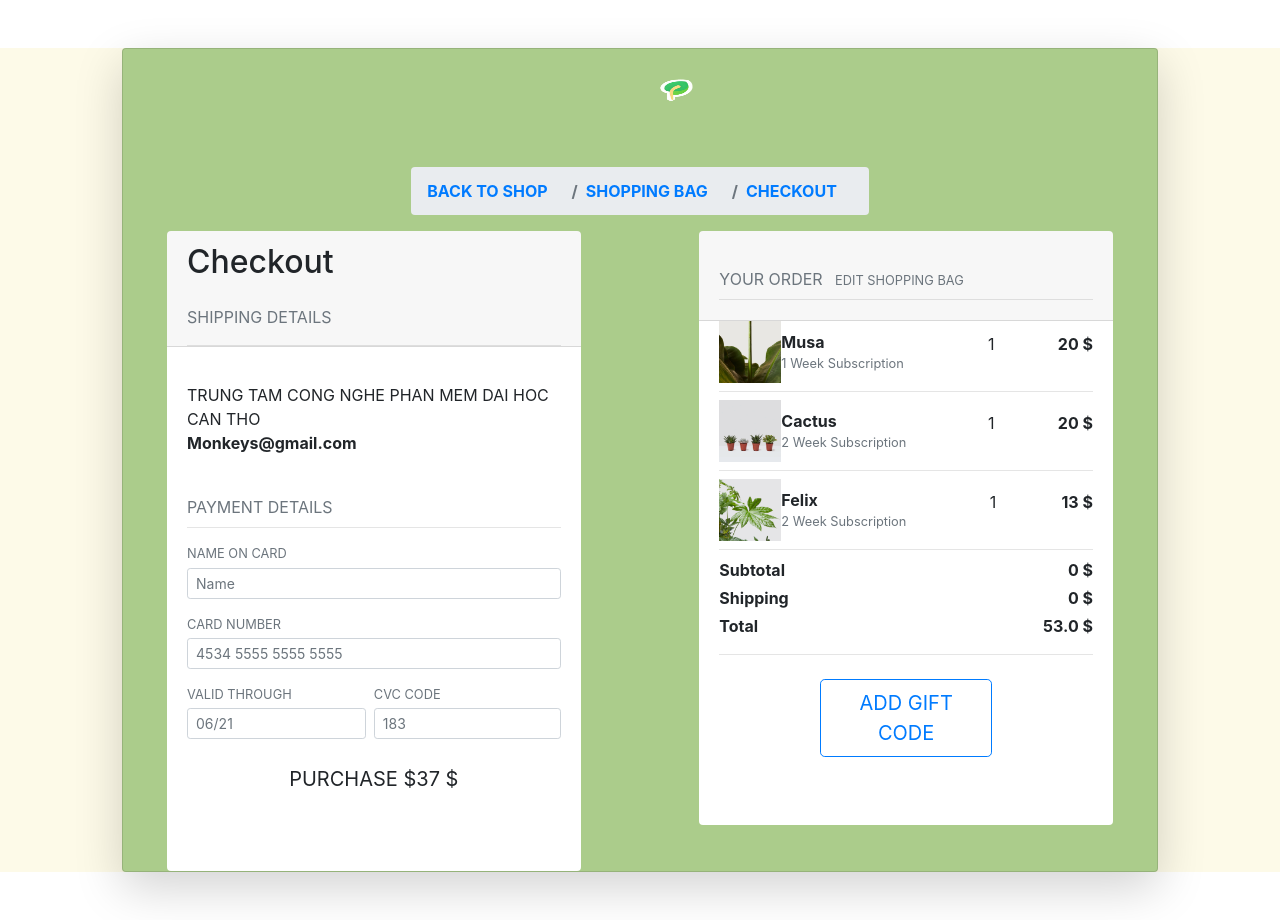
Repository: phamminhkhoa2k4/TechWiz-PlantPalace
Page: views/cart.html
These files come from the project's save history. The page is drawn as it stood at one moment and after the next save; the edit follows.
The browser window is 1280 px wide. The pictures show the whole page.

Above is the page before, as saved 2023-08-12 18:30:25.

### views/cart.html
<link rel="stylesheet" href="https://stackpath.bootstrapcdn.com/bootstrap/4.3.1/css/bootstrap.min.css">
<style>
     .container-fluid {
        background: #fdfae8;
     }
     .shadow-lg{
        background: #abcc8b;
     }
     .img-fluid {
         max-width: 50% ;
        height: 50%;
}
</style>
<div class=" container-fluid my-5 ">
    <div class="row justify-content-center ">
        <div class="col-xl-10">
            <div class="card shadow-lg ">
                <div class="row p-2 mt-3 justify-content-between mx-sm-2">
                    <div class="col">

                    </div>
                    <div class="col">
                        <div class="row justify-content-start ">
                            <div class="col">
                                <img class="irc_mi img-fluid cursor-pointer " src="../assets/img/logo.jpg"  width="70" height="70" >
                            </div>
                        </div>
                    </div>
                    <div class="col-auto">

                    </div>
                </div>
                <div class="row  mx-auto justify-content-center text-center">
                    <div class="col-12 mt-3 ">
                        <nav aria-label="breadcrumb" class="second ">
                            <ol class="breadcrumb indigo lighten-6 first  ">
                                <li class="breadcrumb-item font-weight-bold "><a class="black-text text-uppercase " href="#"><span class="mr-md-3 mr-1">BACK TO SHOP</span></a><i class="fa fa-angle-double-right " aria-hidden="true"></i></li>
                                <li class="breadcrumb-item font-weight-bold"><a class="black-text text-uppercase" href="#"><span class="mr-md-3 mr-1">SHOPPING BAG</span></a><i class="fa fa-angle-double-right text-uppercase " aria-hidden="true"></i></li>
                                <li class="breadcrumb-item font-weight-bold"><a class="black-text text-uppercase active-2" href="#"><span class="mr-md-3 mr-1">CHECKOUT</span></a></li>
                            </ol>
                        </nav>
                    </div>
                </div>

                <div class="row justify-content-around">
                    <div class="col-md-5">
                        <div class="card border-0">
                            <div class="card-header pb-0">
                                <h2 class="card-title space ">Checkout</h2>
                                <p class="card-text text-muted mt-4  space">SHIPPING DETAILS</p>
                                <hr class="my-0">
                            </div>
                            <div class="card-body">
                                <div class="row justify-content-between">
                                    <div class="col-auto mt-0"><p><b></b></p>TRUNG TAM CONG NGHE PHAN MEM DAI HOC CAN THO</div>
                                    <div class="col-auto"><p><b>Monkeys@gmail.com</b> </p></div>
                                </div>
                                <div class="row mt-4">
                                    <div class="col"><p class="text-muted mb-2">PAYMENT DETAILS</p><hr class="mt-0"></div>
                                </div>
                                <div class="form-group">
                                    <label for="NAME" class="small text-muted mb-1">NAME ON CARD</label>
                                    <input type="text" class="form-control form-control-sm" name="NAME" id="NAME" aria-describedby="helpId" placeholder="Name">
                                </div>
                                <div class="form-group">
                                    <label for="NAME" class="small text-muted mb-1">CARD NUMBER</label>
                                    <input type="text" class="form-control form-control-sm" name="NAME" id="NAME" aria-describedby="helpId" placeholder="4534 5555 5555 5555">
                                </div>
                                <div class="row no-gutters">
                                    <div class="col-sm-6 pr-sm-2">
                                        <div class="form-group">
                                            <label for="NAME" class="small text-muted mb-1">VALID THROUGH</label>
                                            <input type="text" class="form-control form-control-sm" name="NAME" id="NAME" aria-describedby="helpId" placeholder="06/21">
                                        </div>
                                    </div>
                                    <div class="col-sm-6">
                                        <div class="form-group">
                                            <label for="NAME" class="small text-muted mb-1">CVC CODE</label>
                                            <input type="text" class="form-control form-control-sm" name="NAME" id="NAME" aria-describedby="helpId" placeholder="183">
                                        </div>
                                    </div>
                                </div>
                                <div class="row mb-md-5">
                                    <div class="col">
                                        <button type="button" name="" id="" class="btn  btn-lg btn-block ">PURCHASE $37 $</button>
                                    </div>
                                </div>
                            </div>
                        </div>
                    </div>
                    <div class="col-md-5">
                        <div class="card border-0 ">
                            <div class="card-header card-2">
                                <p class="card-text text-muted mt-md-4  mb-2 space">YOUR ORDER <span class=" small text-muted ml-2 cursor-pointer">EDIT SHOPPING BAG</span> </p>
                                <hr class="my-2">
                            </div>
                            <div class="card-body pt-0">
                                <div class="row  justify-content-between">
                                    <div class="col-auto col-md-7">
                                        <div class="media flex-column flex-sm-row">
                                            <img class=" img-fluid" src="../assets/img/zlsjcreqoa3k1zd2zn6m.png" width="62" height="62">
                                            <div class="media-body  my-auto">
                                                <div class="row ">
                                                    <div class="col-auto"><p class="mb-0"><b>Musa</b></p><small class="text-muted">1 Week Subscription</small></div>
                                                </div>
                                            </div>
                                        </div>
                                    </div>
                                    <div class=" pl-0 flex-sm-col col-auto  my-auto"> <p class="boxed-1">1</p></div>
                                    <div class=" pl-0 flex-sm-col col-auto  my-auto "><p><b>20 $</b></p></div>
                                </div>
                                <hr class="my-2">
                                <div class="row  justify-content-between">
                                    <div class="col-auto col-md-7">
                                        <div class="media flex-column flex-sm-row">
                                            <img class=" img-fluid " src="../assets/img/eyezulzs9styxizwxuok.png" width="62" height="62">
                                            <div class="media-body  my-auto">
                                                <div class="row ">
                                                    <div class="col"><p class="mb-0"><b>Cactus</b></p><small class="text-muted">2 Week Subscription</small></div>
                                                </div>
                                            </div>
                                        </div>
                                    </div>
                                    <div class="pl-0 flex-sm-col col-auto  my-auto"> <p class="boxed">1</p></div>
                                    <div class="pl-0 flex-sm-col col-auto my-auto"><p><b>20 $</b></p></div>
                                </div>
                                <hr class="my-2">
                                <div class="row  justify-content-between">
                                    <div class="col-auto col-md-7">
                                        <div class="media flex-column flex-sm-row">
                                            <img class=" img-fluid " src="../assets/img/vsz8hzjwhyc89t35nnul.png" width="62" height="62">
                                            <div class="media-body  my-auto">
                                                <div class="row ">
                                                    <div class="col"><p class="mb-0"><b>Felix</b></p><small class="text-muted">2 Week Subscription</small></div>
                                                </div>
                                            </div>
                                        </div>
                                    </div>
                                    <div class="pl-0 flex-sm-col col-auto  my-auto"> <p class="boxed-1">1</p></div>
                                    <div class="pl-0 flex-sm-col col-auto my-auto"><p><b>13 $</b></p></div>
                                </div>
                                <hr class="my-2">
                                <div class="row ">
                                    <div class="col">
                                        <div class="row justify-content-between">
                                            <div class="col-4"><p class="mb-1"><b>Subtotal</b></p></div>
                                            <div class="flex-sm-col col-auto"><p class="mb-1"><b>0 $</b></p></div>
                                        </div>
                                        <div class="row justify-content-between">
                                            <div class="col"><p class="mb-1"><b>Shipping</b></p></div>
                                            <div class="flex-sm-col col-auto"><p class="mb-1"><b>0 $</b></p></div>
                                        </div>
                                        <div class="row justify-content-between">
                                            <div class="col-4"><p ><b>Total</b></p></div>
                                            <div class="flex-sm-col col-auto"><p  class="mb-1"><b>53.0 $</b></p> </div>
                                        </div><hr class="my-0">
                                    </div>
                                </div>
                                <div class="row mb-5 mt-4 ">
                                    <div class="col-md-7 col-lg-6 mx-auto"><button type="button" class="btn btn-block btn-outline-primary btn-lg">ADD GIFT CODE</button></div>
                                </div>
                            </div>
                        </div>
                    </div>
                </div>
            </div>
        </div>
    </div>
</div>

After the next save:
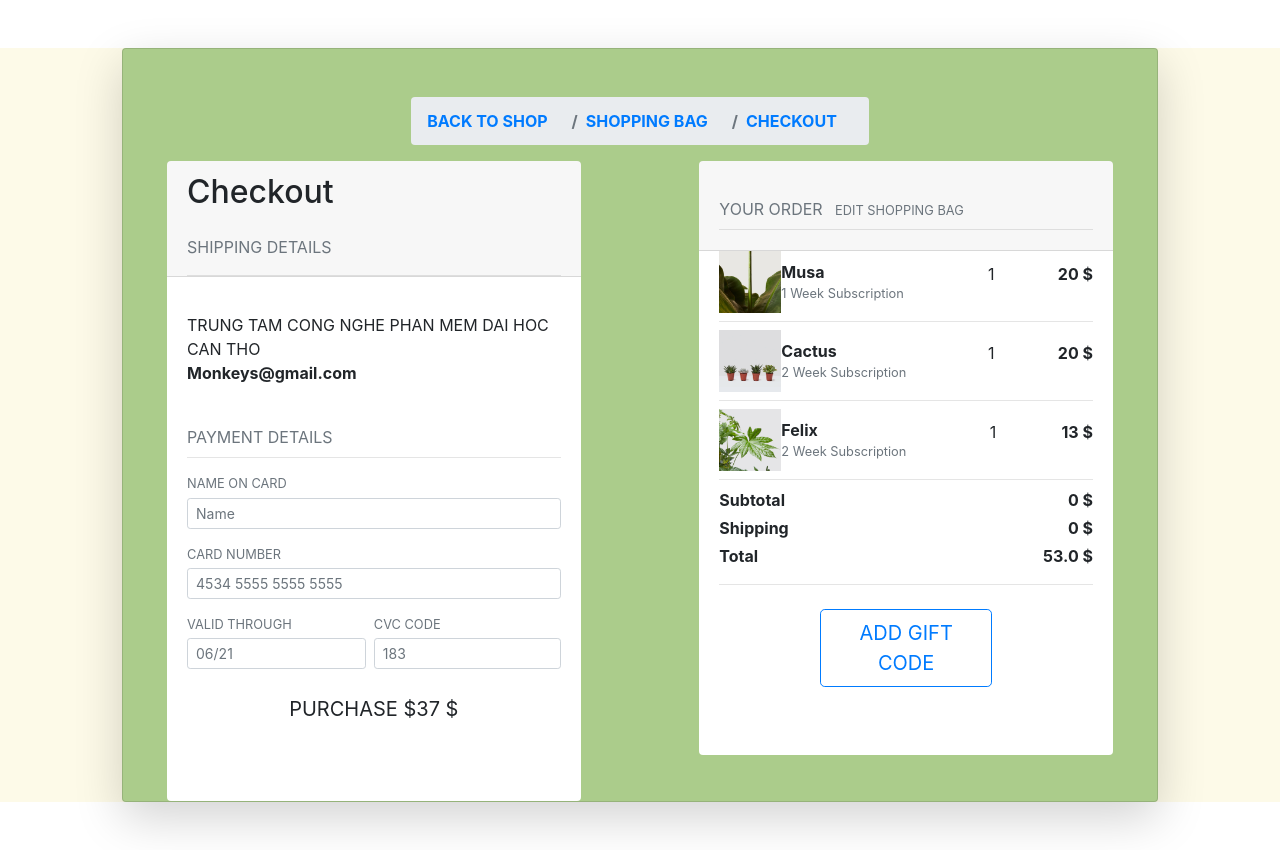
Saved 24 s later.
--- a/views/cart.html
+++ b/views/cart.html
@@ -22,7 +22,7 @@
                     <div class="col">
                         <div class="row justify-content-start ">
                             <div class="col">
-                                <img class="irc_mi img-fluid cursor-pointer " src="../assets/img/logo.jpg"  width="70" height="70" >
+
                             </div>
                         </div>
                     </div>
